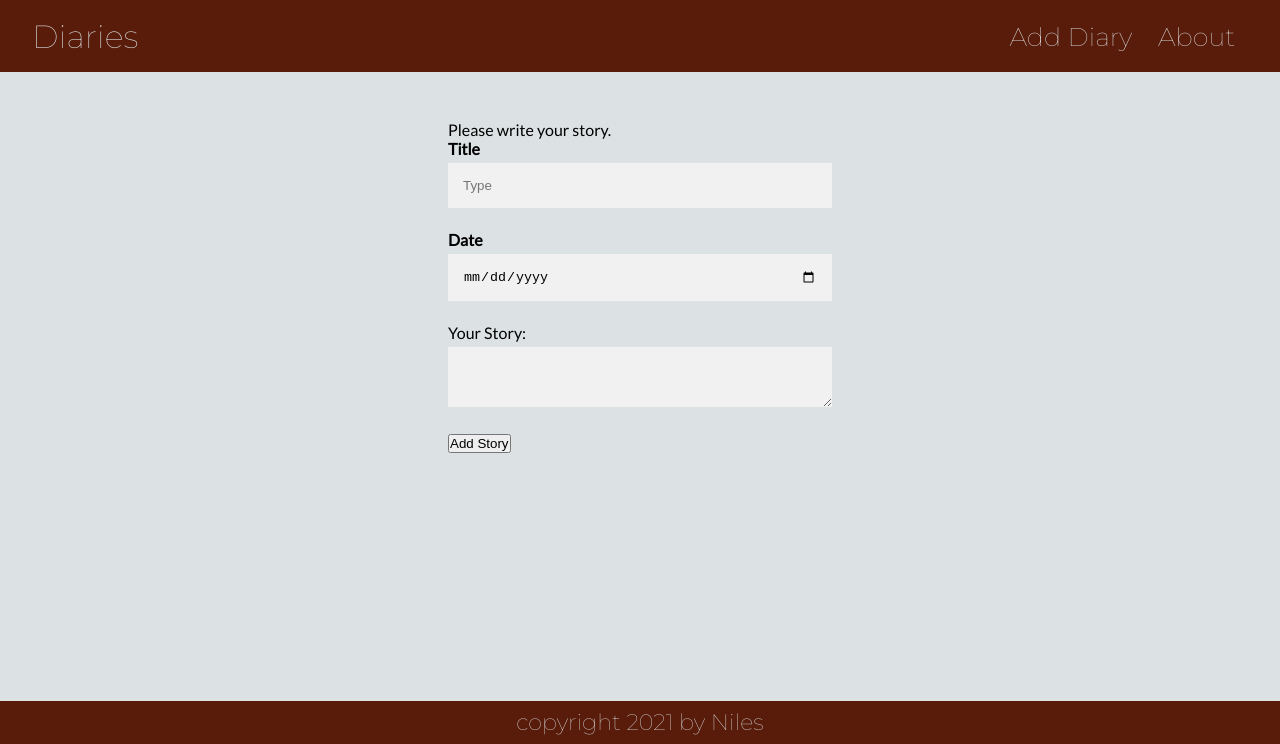
Repository: Tun-Dev/mydiary
Page: /AddDiary
The author's editor kept a copy of each file at every save. The page is drawn from the files as they stood at one save, then again after the next save.
The browser window is 1280 px wide. The pictures show the whole page.
The project was rebuilt for these pictures with package versions that can differ from the ones it lists, and the page was loaded fresh each time. Also part of the build but not shown: src/useFetch.js, src/Components/Diary.js, src/Components/DiaryHome.js, src/Components/About.js.

Above is the page before, as saved 2021-05-12 15:59:10.

After the next save:
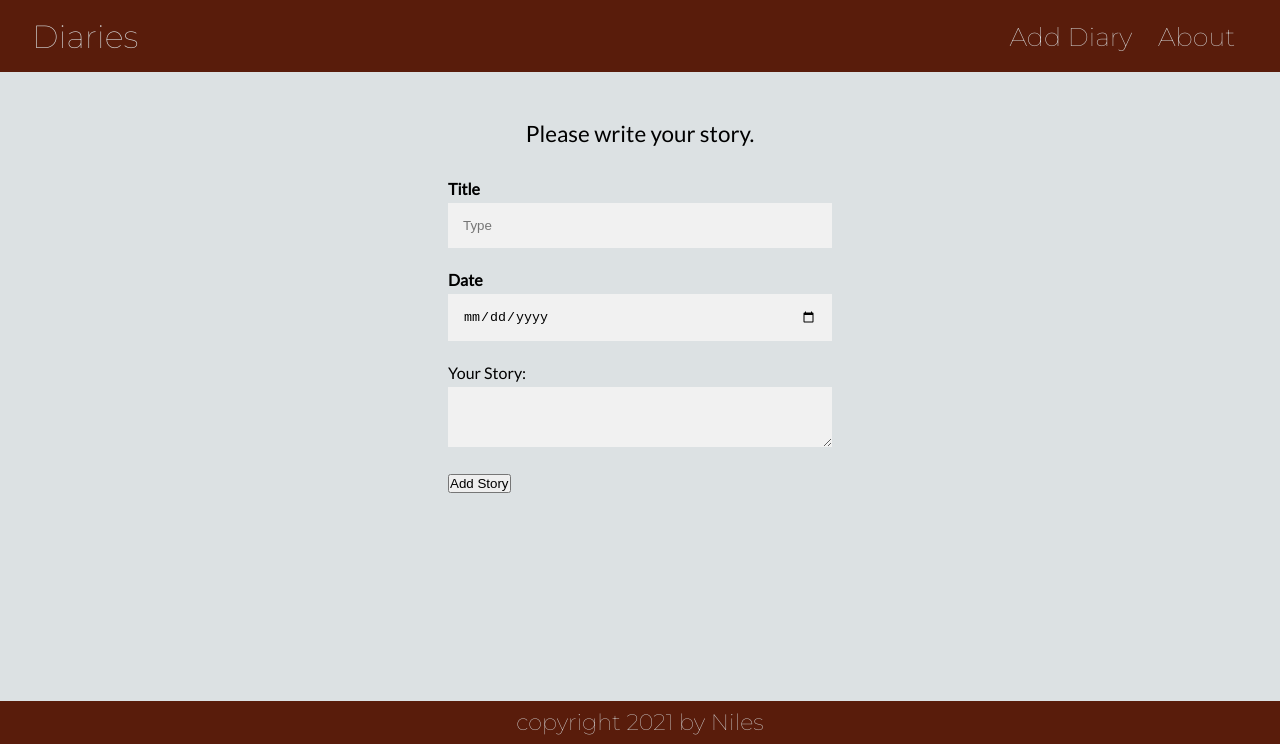
Saved 2 min 39 s later.
--- a/src/Components/AddDiary.js
+++ b/src/Components/AddDiary.js
@@ -27,7 +27,7 @@ const AddDiary = () => {
         <Add>
             <form onSubmit={onSubmit} >
               <div className="container">
-                <div>
+                <div className="write">
                  <p>Please write your story.</p>
                 </div>
 
@@ -55,6 +55,11 @@ const AddDiary = () => {
     )
 }
 const Add = styled.div`
+.write {
+    margin-bottom: 2rem;
+    font-size: 1.4rem;
+    text-align: center;
+}
 input[type=text], input[type=date], textarea {
   width: 100%;
   padding: 15px;
